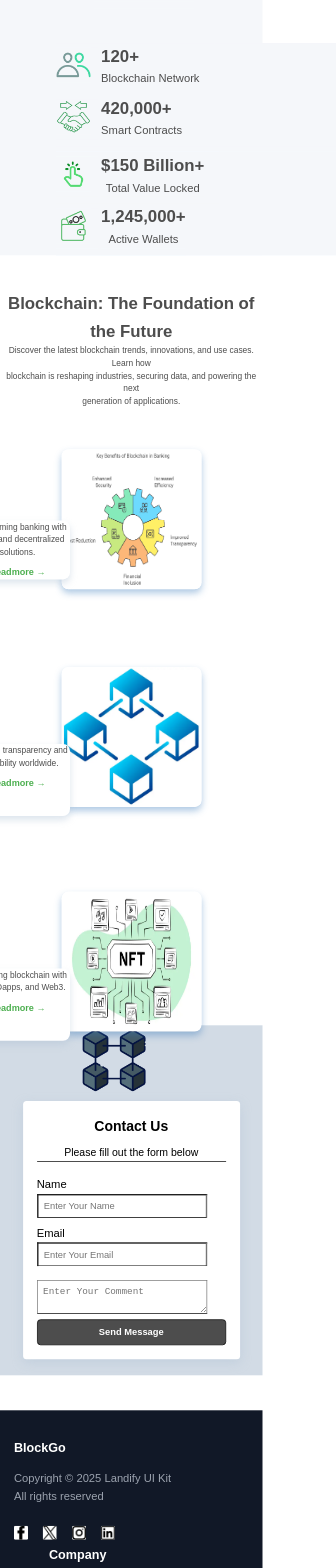
Repository: Tafsirul555/Assignment
Page: Assignment/index.html
These files come from the project's save history. The page is drawn as it stood at one moment and after a run of saves; the edit follows.
The browser window is 375 px wide. The page is 480 px wide, so the pictures cover 480 px, including what lies to the right of the window. The pictures show the part of the page from y = 2334 to 4574 px (the page is 5110 px tall), at 70% of full size.

Above is the page before, as saved 2025-06-12 23:31:43.

After the next 2 saves:
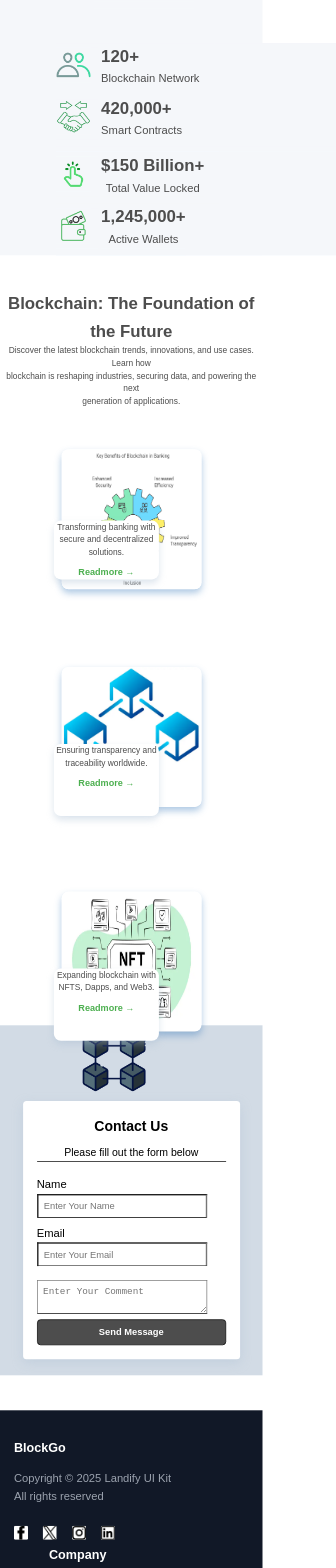
The 2 saves are shown as one change because they came seconds apart.
The last was saved 7 s later.
--- a/Assignment/Assignment1.css
+++ b/Assignment/Assignment1.css
@@ -514,7 +514,7 @@ article img{
         text-align: center;
         position: relative;
         margin-top: -200px;
-        margin-left: -50px;
+        margin-right: -50px;
 
     }
 }
